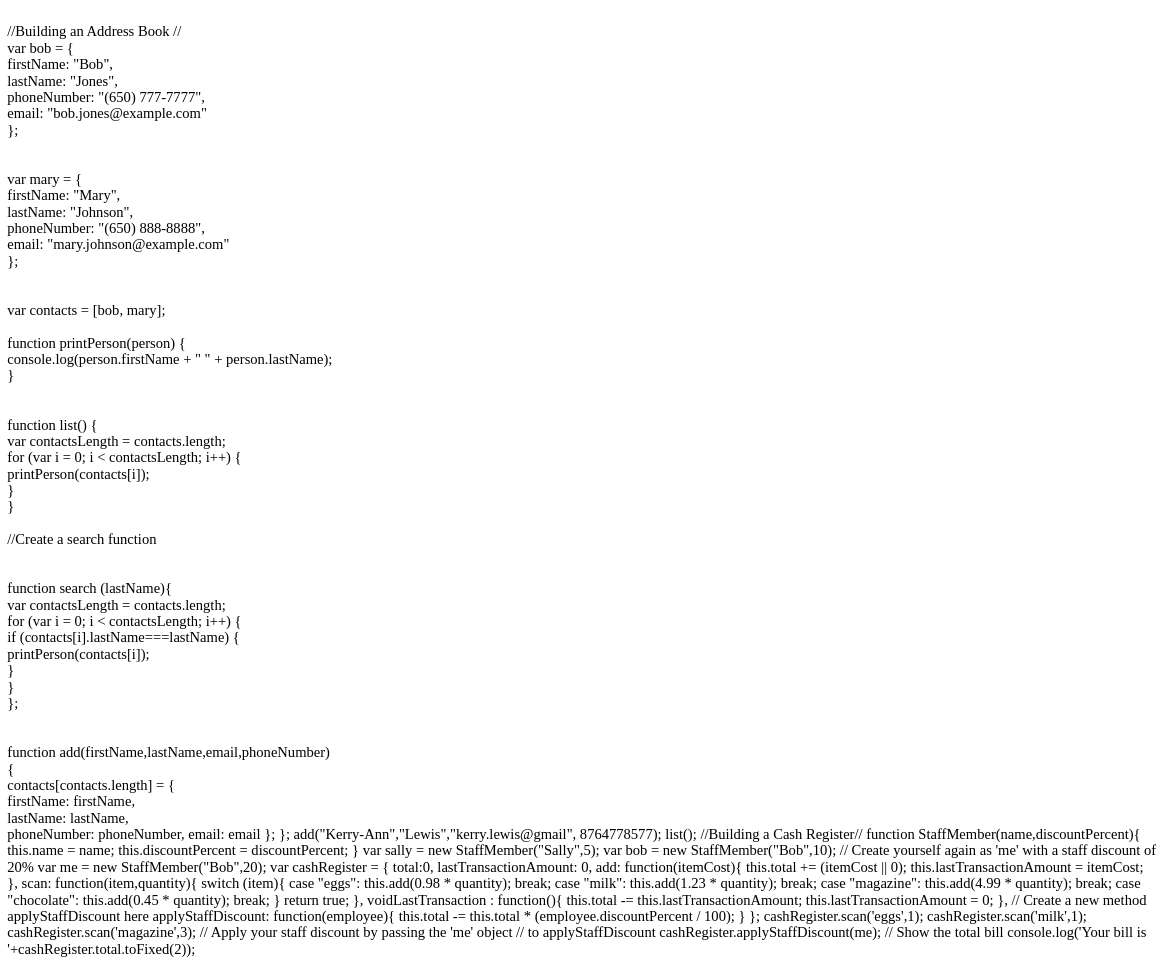
Repository: kernicole/info2180project1
Page: script.html
The author's editor kept a record of every edit. The page is drawn from the files as they stood at one moment, then again after the next edit.
The browser window is 1280 px wide. The pictures show the whole page, at 91% of full size.

Above is the page before.

### script.html
<html>
<title> Script Source Code </title>
<body>
<br/>//Building an Address Book //
<br/>var bob = {
<br/>    firstName: "Bob",
<br/>    lastName: "Jones",
<br/>    phoneNumber: "(650) 777-7777",
<br/>    email: "bob.jones@example.com"
<br/>};
<br/>
<br/>
<br/>var mary = {
<br/>    firstName: "Mary",
<br/>    lastName: "Johnson",
<br/>    phoneNumber: "(650) 888-8888",
<br/>    email: "mary.johnson@example.com"
<br/>};
<br/>
<br/>
<br/>var contacts = [bob, mary];
<br/>
<br/>function printPerson(person) {
<br/>    console.log(person.firstName + " " + person.lastName);
<br/>}
<br/>
<br/>
<br/>function list() {
<br/>	var contactsLength = contacts.length;
<br/>	for (var i = 0; i < contactsLength; i++) {
<br/>		printPerson(contacts[i]);
<br/>	}
<br/>}
<br/>
<br/>//Create a search function
<br/>
<br/>
<br/>function search (lastName){
<br/>   var contactsLength = contacts.length;
<br/>	for (var i = 0; i < contactsLength; i++) {
<br/>	    if (contacts[i].lastName===lastName) {
<br/>	        printPerson(contacts[i]);
<br/>	    }
<br/>	}
<br/>};



<br/>
<br/>

<br/>function add(firstName,lastName,email,phoneNumber)
<br/>{
<br/>    contacts[contacts.length] = {
<br/>    firstName: firstName,
<br/>    lastName: lastName,
<br/>    phoneNumber: phoneNumber,
    email: email
};




};


add("Kerry-Ann","Lewis","kerry.lewis@gmail", 8764778577);

list();






//Building a Cash Register//



function StaffMember(name,discountPercent){
    this.name = name;
    this.discountPercent = discountPercent;
}

var sally = new StaffMember("Sally",5);
var bob = new StaffMember("Bob",10);

// Create yourself again as 'me' with a staff discount of 20%
var me = new StaffMember("Bob",20);

var cashRegister = {
    total:0,
    lastTransactionAmount: 0,
    add: function(itemCost){
        this.total += (itemCost || 0);
        this.lastTransactionAmount = itemCost;
    },
    scan: function(item,quantity){
        switch (item){
        case "eggs": this.add(0.98 * quantity); break;
        case "milk": this.add(1.23 * quantity); break;
        case "magazine": this.add(4.99 * quantity); break;
        case "chocolate": this.add(0.45 * quantity); break;
        }
        return true;
    },
    voidLastTransaction : function(){
        this.total -= this.lastTransactionAmount;
        this.lastTransactionAmount = 0;
    },
    // Create a new method applyStaffDiscount here
    applyStaffDiscount: function(employee){
        this.total -= this.total * (employee.discountPercent / 100);
    }

};

cashRegister.scan('eggs',1);
cashRegister.scan('milk',1);
cashRegister.scan('magazine',3);
// Apply your staff discount by passing the 'me' object
// to applyStaffDiscount
cashRegister.applyStaffDiscount(me);

// Show the total bill
console.log('Your bill is '+cashRegister.total.toFixed(2));
</body>
</html>

After the next edit:
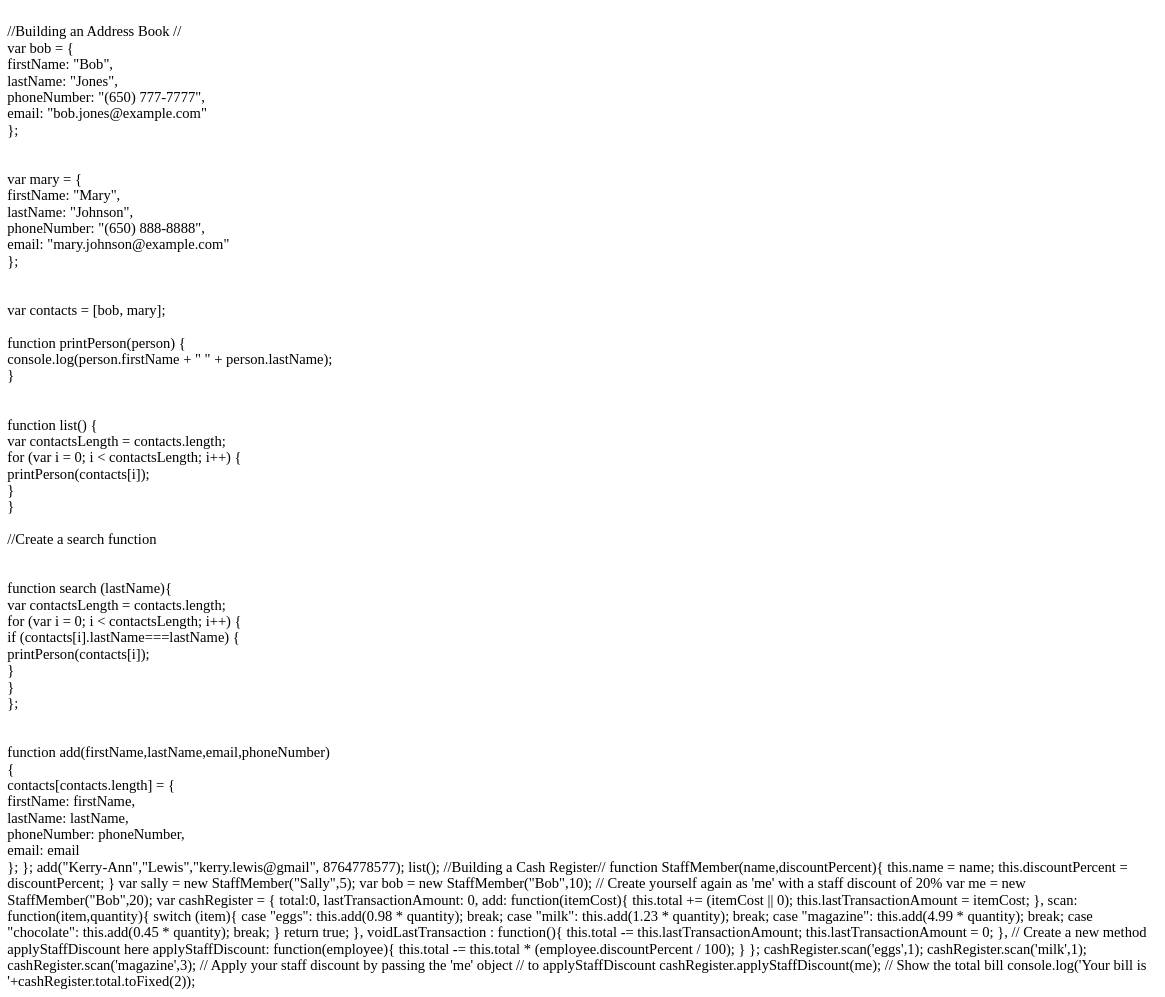
The edit:
--- a/script.html
+++ b/script.html
@@ -55,8 +55,8 @@
 <br/>    firstName: firstName,
 <br/>    lastName: lastName,
 <br/>    phoneNumber: phoneNumber,
-    email: email
-};
+<br/>    email: email
+<br/>};
 
 
 
